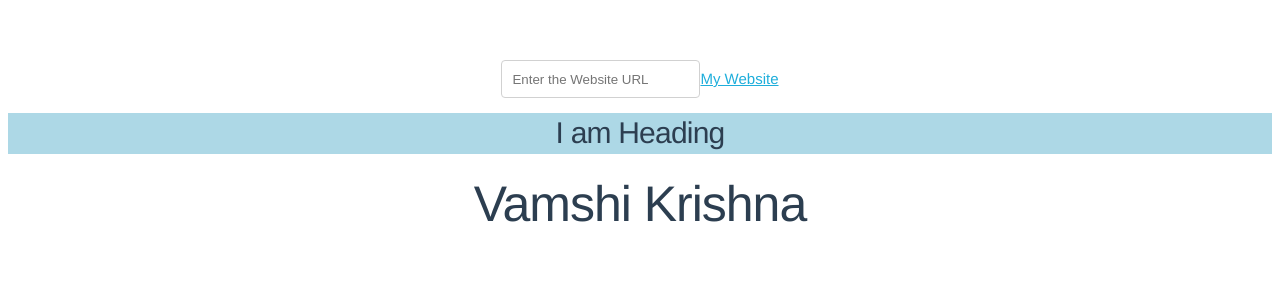
Repository: chsvk/Vue-JS-Course
Page: /
An editor plug-in stored every save of this project. The page is shown before and after the next save, followed by the edit.
The browser window is 1280 px wide. The pictures show the whole page.
The project was rebuilt for these pictures with package versions that can differ from the ones it lists, and the page was loaded fresh each time. Also part of the build but not shown: src/components/HelloWorld.vue.

Above is the page before, as saved 2019-03-11 18:56:43.

After the next save:
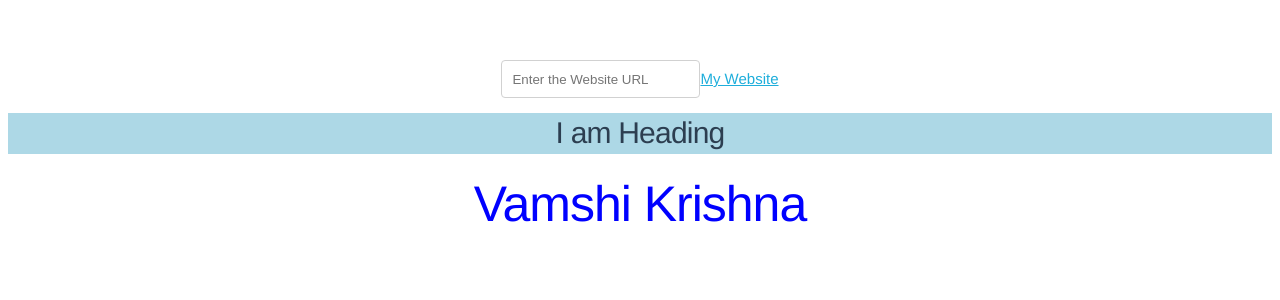
Saved 10 s later.
--- a/src/App.vue
+++ b/src/App.vue
@@ -22,7 +22,7 @@
 
     <!-- Dynamic Styling using Data Binding -->
 
-    <h1>Vamshi Krishna</h1>
+    <h1 style="color: blue">Vamshi Krishna</h1>
 
 
   </div>
